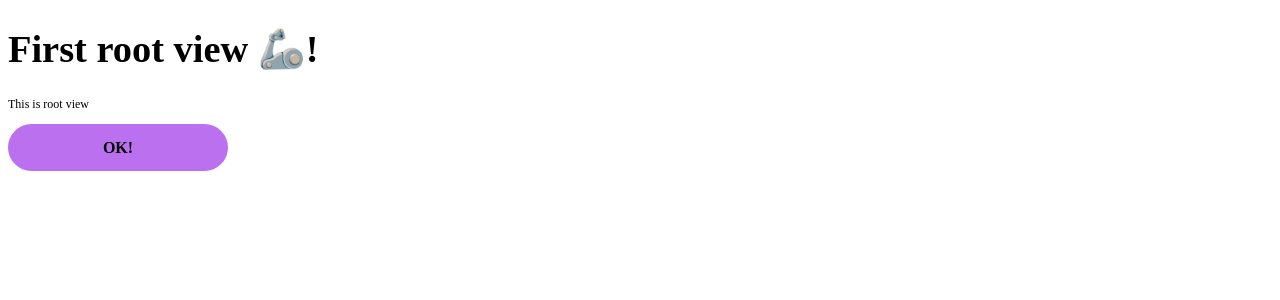
Repository: TeodorWolski/SatchApp
Page: / (app in watchapp/)
These files come from the project's save history. The page is drawn as it stood at one moment and after the next save; the edit follows.
The browser window is 1280 px wide. The pictures show the whole page.
The project was rebuilt for these pictures with package versions that can differ from the ones it lists, and the page was loaded fresh each time.

Above is the page before, as saved 2021-02-22 13:03:37.

After the next save:
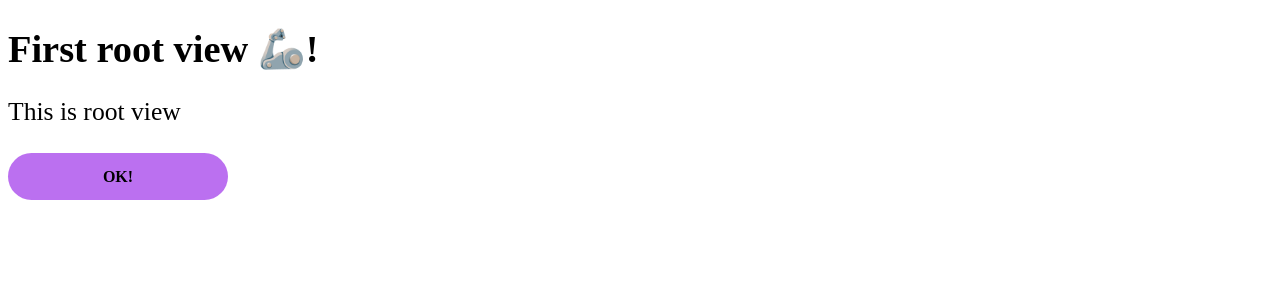
Saved 91 s later.
--- a/watchapp/src/components/atoms/Paragraph/Paragraph.js
+++ b/watchapp/src/components/atoms/Paragraph/Paragraph.js
@@ -1,7 +1,7 @@
 import styled from 'styled-components';
 
 const Paragraph = styled.p`
-  font-size: 12px;
+  font-size: 1.6rem;
   font-family: Montserrat;
 `;
 
